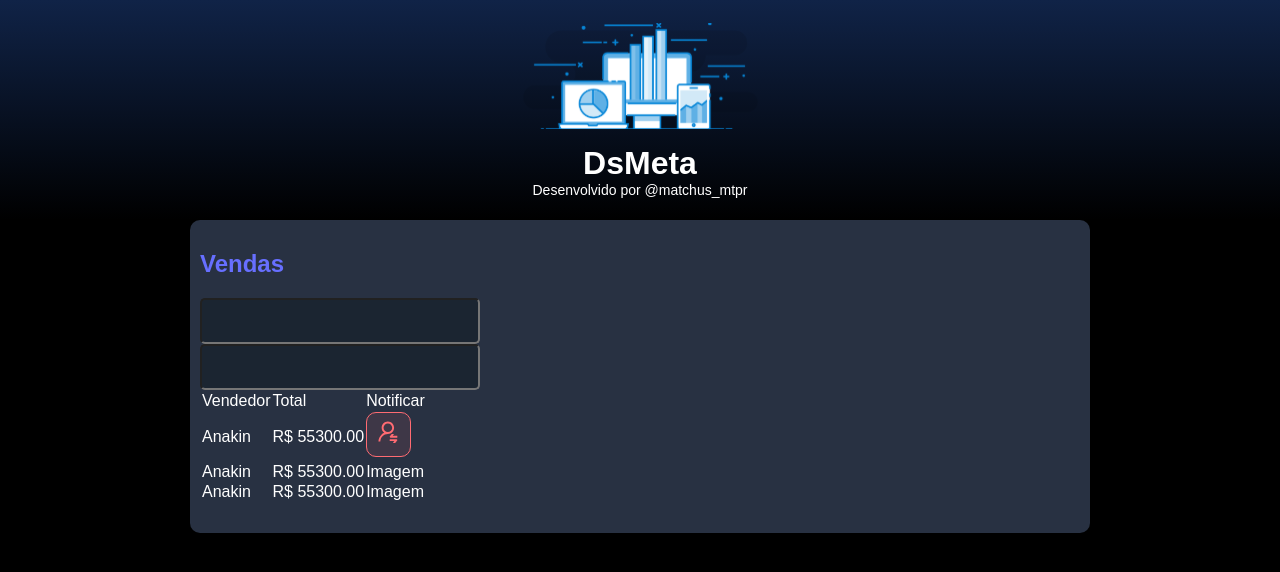
Repository: MatheusAlvesPereiraRosa/ds-meta
Page: index.html
An editor plug-in stored every save of this project. The page is shown before and after the next save, followed by the edit.
The browser window is 1280 px wide. The pictures show the whole page.

Above is the page before, as saved 2022-09-01 11:55:35.

After the next save:
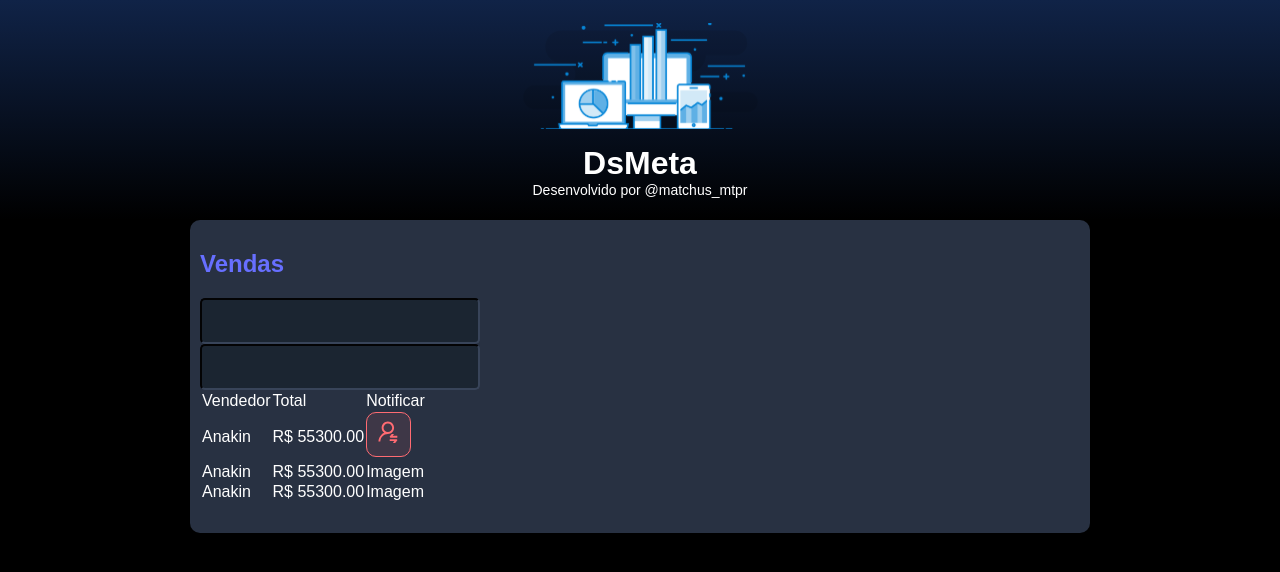
Saved 7 s later.
--- a/styles.css
+++ b/styles.css
@@ -71,5 +71,5 @@ a, a:hover, a:visited {
     background-color: #1B2531;
     width: 280px;
     border-radius: 5px;
-    border-color: ;
+    border-color: #384459;
 }
